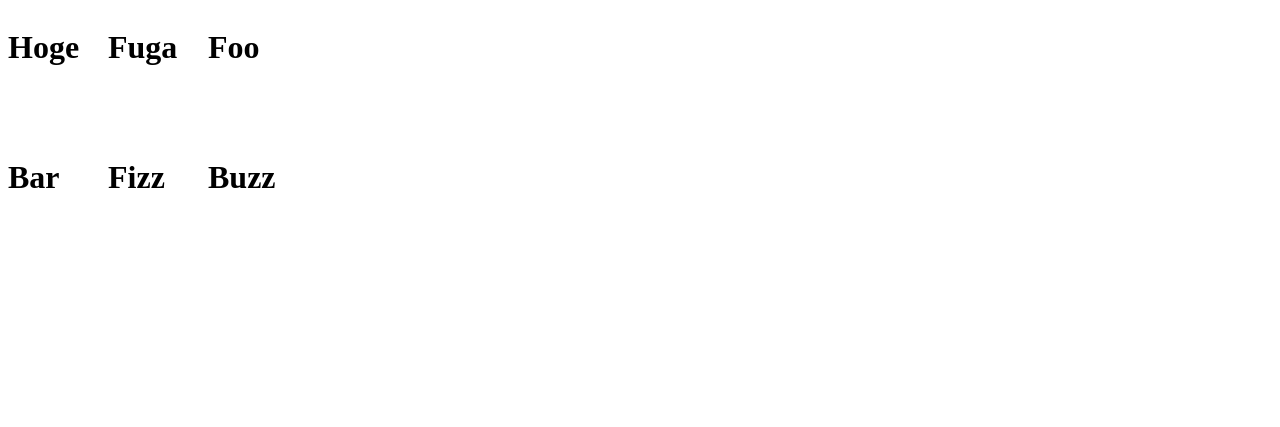
Repository: dainak/samurai_HTML-CSS
Page: test.html
The author's editor kept a record of every edit. The page is drawn from the files as they stood at one moment, then again after the next edit.
The browser window is 1280 px wide. The pictures show the whole page.

Above is the page before.

### test.html
<html lang="ja">

    <head>

        <meta charset="UTF-8">

        <style>

            #grid {

                display: grid;

                grid-template-columns: 100px 100px 100px;

                grid-template-rows: 130px 200px 100px;

            }

        </style>

    </head>

    <body>

        <div id="grid">

            <h1>Hoge</h1>

            <h1>Fuga</h1>

            <h1>Foo</h1>

            <h1>Bar</h1>

            <h1>Fizz</h1>

            <h1>Buzz</h1>

        </div>

    </body>

</html>

After the next edit:
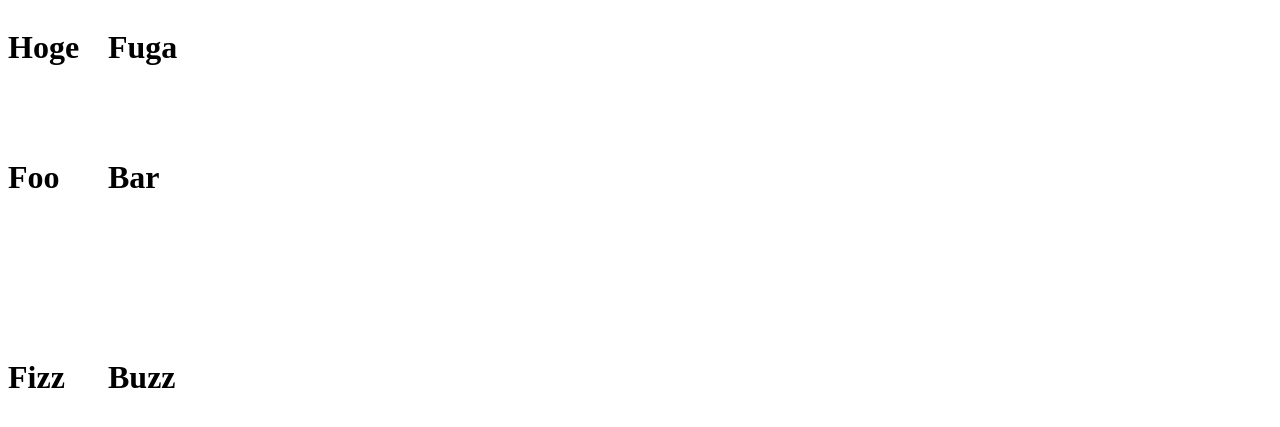
The edit:
--- a/test.html
+++ b/test.html
@@ -10,7 +10,9 @@
 
                 display: grid;
 
-                grid-template-columns: 100px 100px 100px;
+                 grid-template-rows: 130px 200px 100px;
+
+                grid-template-columns: 100px 100px ;
 
                 grid-template-rows: 130px 200px 100px;
 
